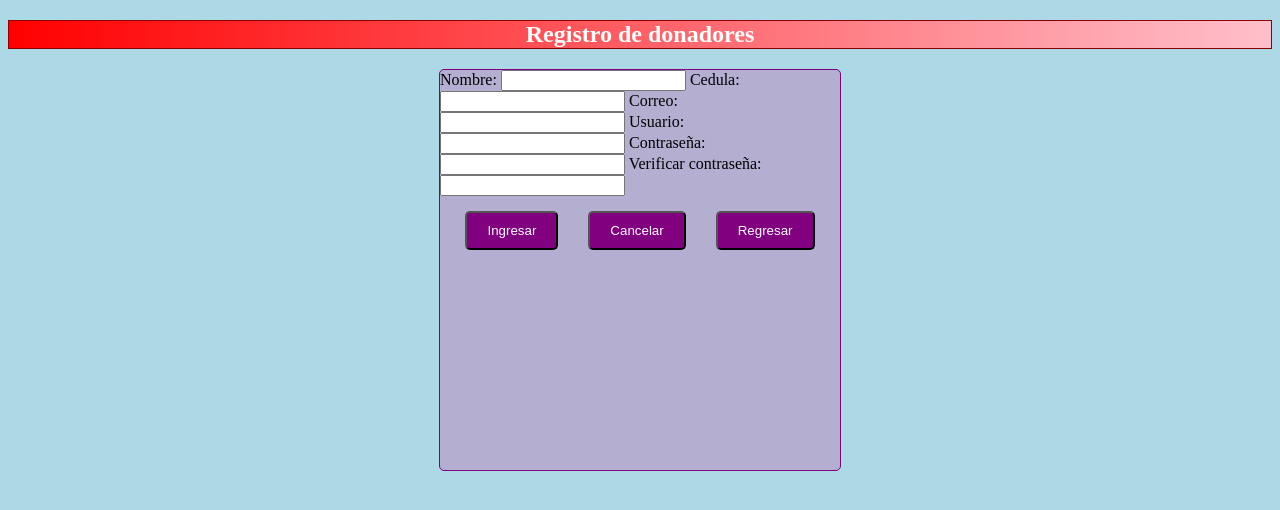
Repository: sonicspeed1/examen1_codigo_bryansantillan
Page: http://localhost/examen_1_bryan_santillan/registro_donadores.jsp
These files come from the project's save history. The page is drawn as it stood at one moment and after the next save; the edit follows.
The browser window is 1280 px wide. The pictures show the whole page.
The page is served by Tomcat 9. Other server files are loaded and not shown.

Above is the page before, as saved 2024-05-25 17:42:40.

### examen_1_bryan_santillan/src/main/webapp/registro_donadores.jsp
<%@ page language="java" contentType="text/html; charset=UTF-8"
    pageEncoding="UTF-8"%>
<!DOCTYPE html>
<html>
<head>
<meta charset="UTF-8">
<title>Registro donadores</title>
<link href="estilo.css" rel="stylesheet"/>
</head>
<body class="cuerpo">
<h2 class="cuadro3">Registro de donadores</h2>
<div class="container">
    <div class="cuadro2">
<label>Nombre: <input type="text" name="nombre"></label>
<label>Cedula: <input type="text" name="ci"></label>
<label>Correo: <input type="text" name="correo"></label>
<label>Usuario: <input type="text" name="us"></label>
<label>Contraseña: <input type="password" name="cont1"></label>
<label>Verificar contraseña: <input type="password" name="cont2"></label>
 <div class="item_login">
  <input value="Ingresar" name="ingresar" type="submit" class="button">
 <input value="Cancelar" name="cancelar" type="reset" class="button">
 <input value="Regresar" name="regresar" type="submit" class="button">
 </div>
</div>
</div>
</body>
</html>

### examen_1_bryan_santillan/src/main/webapp/estilo.css
@charset "UTF-8";
.cuerpo{
	background-color: lightblue;
}
.cuadro{
	background-color:lightgreen;
	border: 1px solid green;
	display: block;

}
.cuadro2 {
    background-color: #b4aed0;
    border-radius: 5px;
    border: 1px solid purple;
    height: 400px;
    width: 400px;
}
.cuadro3{
	    background: linear-gradient(to right,red,pink);
	    text-align:center;
	    color: white;
	     border: 1px solid darkred;
}
.titulo{
	color: white;
	transition: color 0.3s, text-shadow 0.3s;
	font-family: 'Comic Sans MS', cursive, sans-serif;
	 text-align: center;
}

.titulo:hover {
    color: blue;
    text-shadow: 2px 2px 5px rgba(0, 0, 0, 0.5);
}
.menu{
	list-style-type: none;
    padding: 0;
    background-color: #80ff80;
    border: 1px solid green;
    margin: 0 auto;
    }
.item {
    display: inline-block;
    position: relative;
}
.container {
    display: flex;
    justify-content: center;
    align-items: center;
    margin-top: 20px;
}
.titulo2{
	color: white;
	transition: color 0.3s, text-shadow 0.3s;
	font-family: 'Comic Sans MS', cursive, sans-serif;
	 text-align: center;
}

.titulo2:hover {
    color: red;
    text-shadow: 2px 2px 5px rgba(0, 0, 0, 0.5);
}
.item_login{
	   display: flex;
    justify-content: center;
    align-items: center;
    margin-bottom: 20px;
}
.button{
	background-color: purple;
	border-radius: 5px;
	color: white;
	padding: 10px 20px;
	margin: 15px;
	font-family: 'Comic Sans MS', cursive, sans-serif;
}
.hiper{
	margin-right: 25px;
}

After the next save:
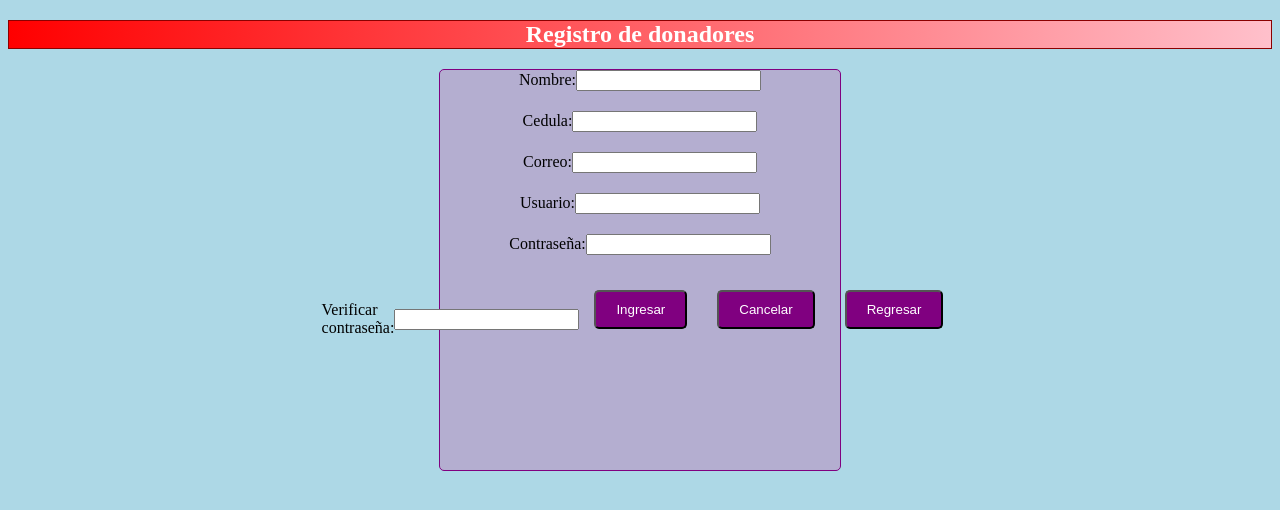
Saved 40 s later.
--- a/examen_1_bryan_santillan/src/main/webapp/registro_donadores.jsp
+++ b/examen_1_bryan_santillan/src/main/webapp/registro_donadores.jsp
@@ -11,12 +11,12 @@
 <h2 class="cuadro3">Registro de donadores</h2>
 <div class="container">
     <div class="cuadro2">
-<label>Nombre: <input type="text" name="nombre"></label>
-<label>Cedula: <input type="text" name="ci"></label>
-<label>Correo: <input type="text" name="correo"></label>
-<label>Usuario: <input type="text" name="us"></label>
-<label>Contraseña: <input type="password" name="cont1"></label>
-<label>Verificar contraseña: <input type="password" name="cont2"></label>
+<label class="item_login">Nombre: <input type="text" name="nombre"></label>
+<label class="item_login">Cedula: <input type="text" name="ci"></label>
+<label class="item_login">Correo: <input type="text" name="correo"></label>
+<label class="item_login">Usuario: <input type="text" name="us"></label>
+<label class="item_login">Contraseña: <input type="password" name="cont1"></label>
+<labe class="item_login"l>Verificar contraseña: <input type="password" name="cont2"></label>
  <div class="item_login">
   <input value="Ingresar" name="ingresar" type="submit" class="button">
  <input value="Cancelar" name="cancelar" type="reset" class="button">
